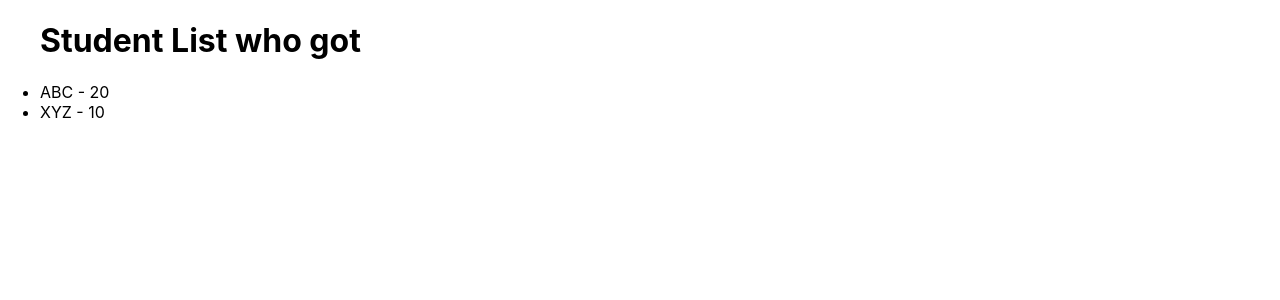
Repository: Jay1161/FSWD
Page: / (app in Week-7/task-1/task1/)
These files come from the project's save history. The page is drawn as it stood at one moment and after the next save; the edit follows.
The browser window is 1280 px wide. The pictures show the whole page.
The project was rebuilt for these pictures with package versions that can differ from the ones it lists, and the page was loaded fresh each time.

Above is the page before, as saved 2023-08-27 11:46:40.

### Week-7/task-1/task1/src/index.js
import React from 'react';
import ReactDOM from 'react-dom/client';
import './index.css';
//import App from './App';
import reportWebVitals from './reportWebVitals';
//import Test from './component'
// import ProductList from './Productlist';
// import Counter from './counter';
//import TaskList from './tasklist';
import StudentList from './studentlist';
//import Sap from './sap';


const root = ReactDOM.createRoot(document.getElementById('root'));
root.render(
  <React.StrictMode>

    <StudentList />

  </React.StrictMode>
);

// If you want to start measuring performance in your app, pass a function
// to log results (for example: reportWebVitals(console.log))
// or send to an analytics endpoint. Learn more: https://bit.ly/CRA-vitals
reportWebVitals();

### Week-7/task-1/task1/src/studentlist.jsx
import React, { useState, useEffect } from 'react';

const StudentsList = () => {
  const [students, setStudents] = useState([
    { name: 'Jay Vaja', marks: 90 },
    { name: 'ABC', marks: 20 },
    { name: 'XYZ', marks: 10 },
  ]);

  const filteredStudents = students.filter((student) => student.marks < 35);

  return (
    <ul>
        <h1>Student List who got </h1>
      {filteredStudents.map((student) => (
        <li key={student.id}>
          {student.name} - {student.marks}
        </li>
      ))}
    </ul>
  );
};

export default StudentsList;

Loaded but not shown: Week-7/task-1/task1/public/index.html (common file); Week-7/task-1/task1/src/index.css (common file); Week-7/task-1/task1/src/reportWebVitals.js (common file)

After the next save:
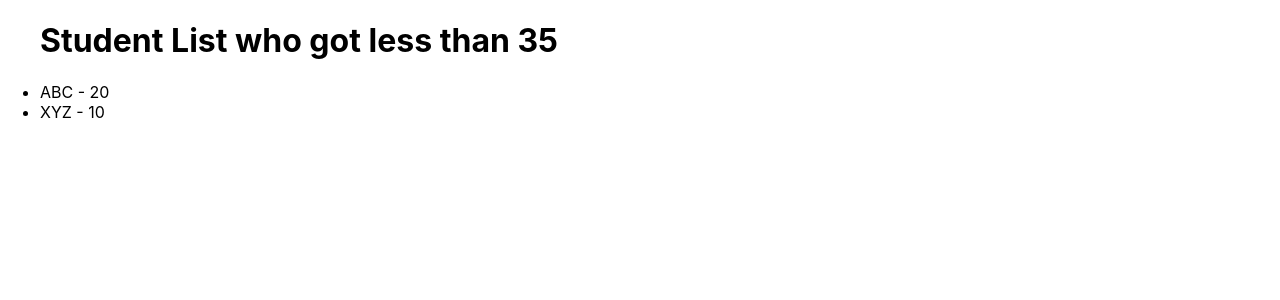
Saved 4 s later.
--- a/Week-7/task-1/task1/src/studentlist.jsx
+++ b/Week-7/task-1/task1/src/studentlist.jsx
@@ -11,7 +11,7 @@
 
   return (
     <ul>
-        <h1>Student List who got </h1>
+        <h1>Student List who got less than 35</h1>
       {filteredStudents.map((student) => (
         <li key={student.id}>
           {student.name} - {student.marks}
